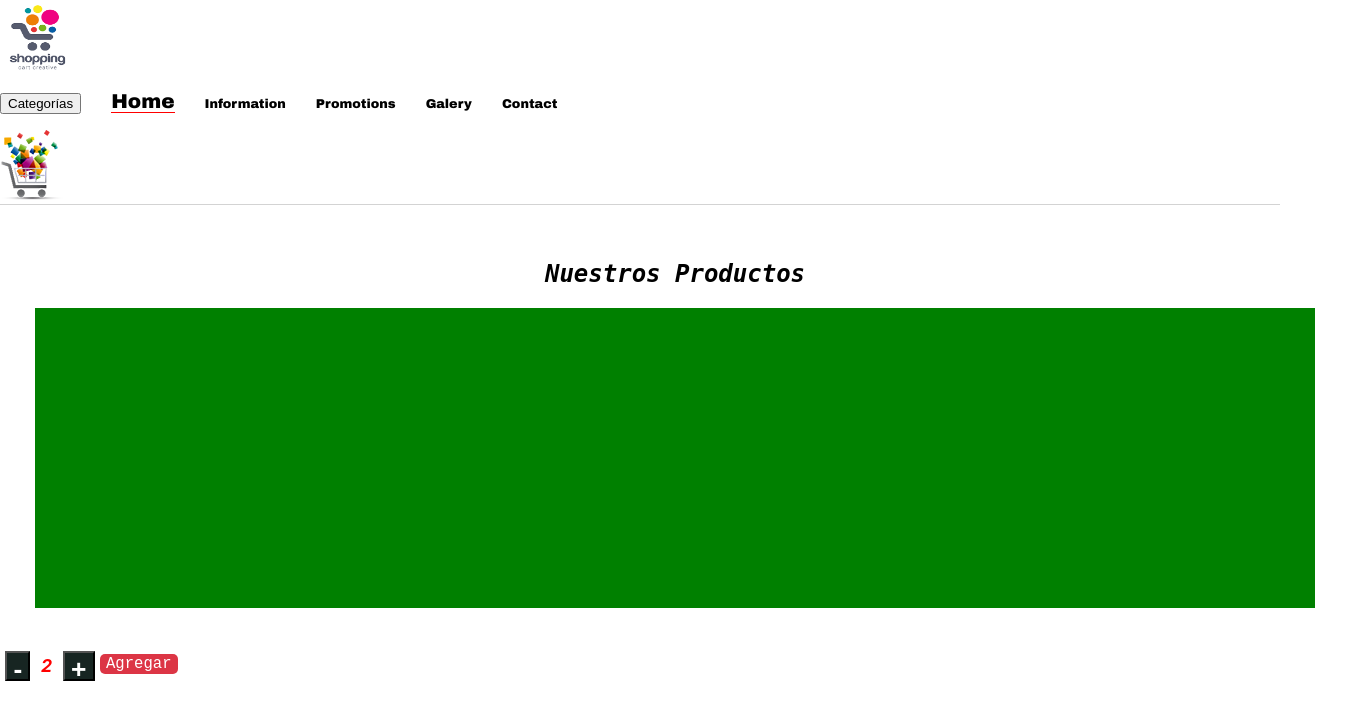
Repository: gustavomanuelquintana/CoderRepository
Page: / (app in cards-commers/)
An editor plug-in stored every save of this project. The page is shown before and after the next save, followed by the edit.
The browser window is 1280 px wide. The page is 1350 px wide, so the pictures cover 1350 px, including what lies to the right of the window. The pictures show the whole page.
The project was rebuilt for these pictures with package versions that can differ from the ones it lists, and the page was loaded fresh each time.

Above is the page before, as saved 2020-10-31 13:57:56.

After the next save:
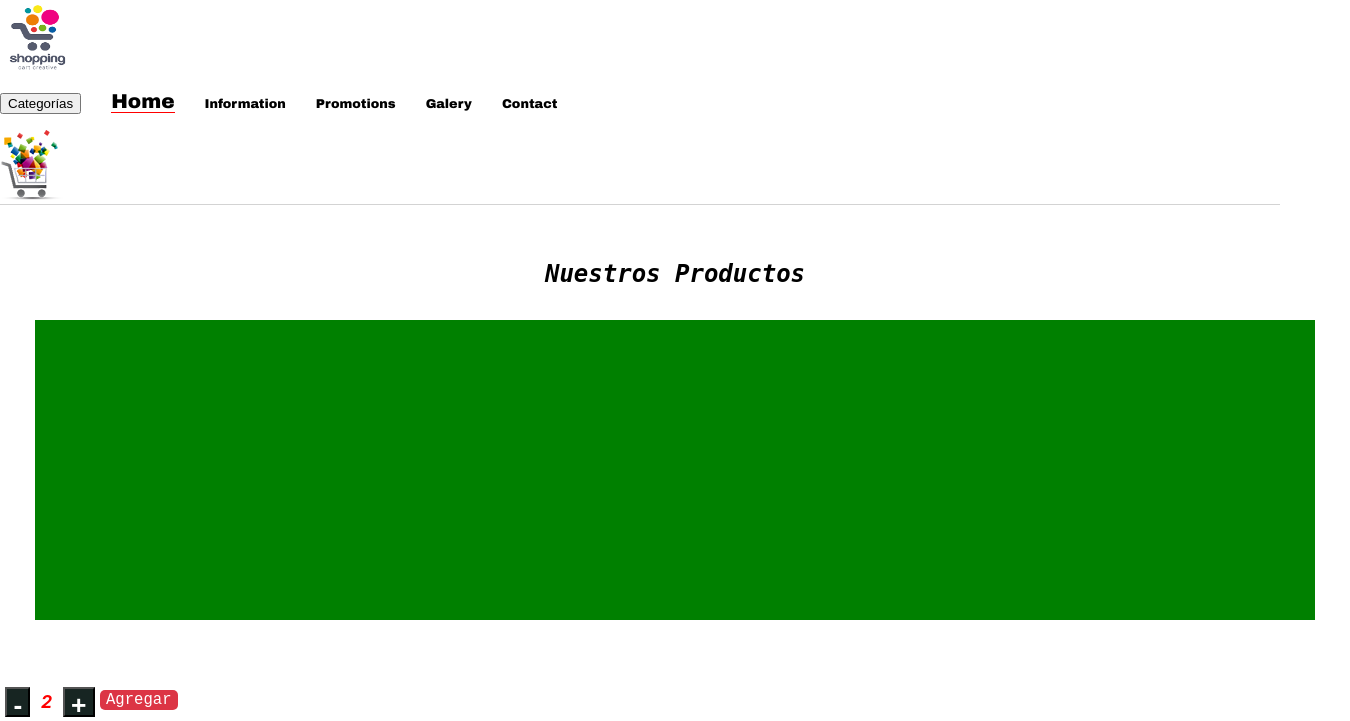
Saved 4 s later.
--- a/cards-commers/src/Components/ItemListContainer/ItemList/ItemList.css
+++ b/cards-commers/src/Components/ItemListContainer/ItemList/ItemList.css
@@ -2,5 +2,5 @@
     width:100%;
     height:300px;
     background-color:green;
-    margin:0.50em auto;
+    margin:2em auto;
 }
